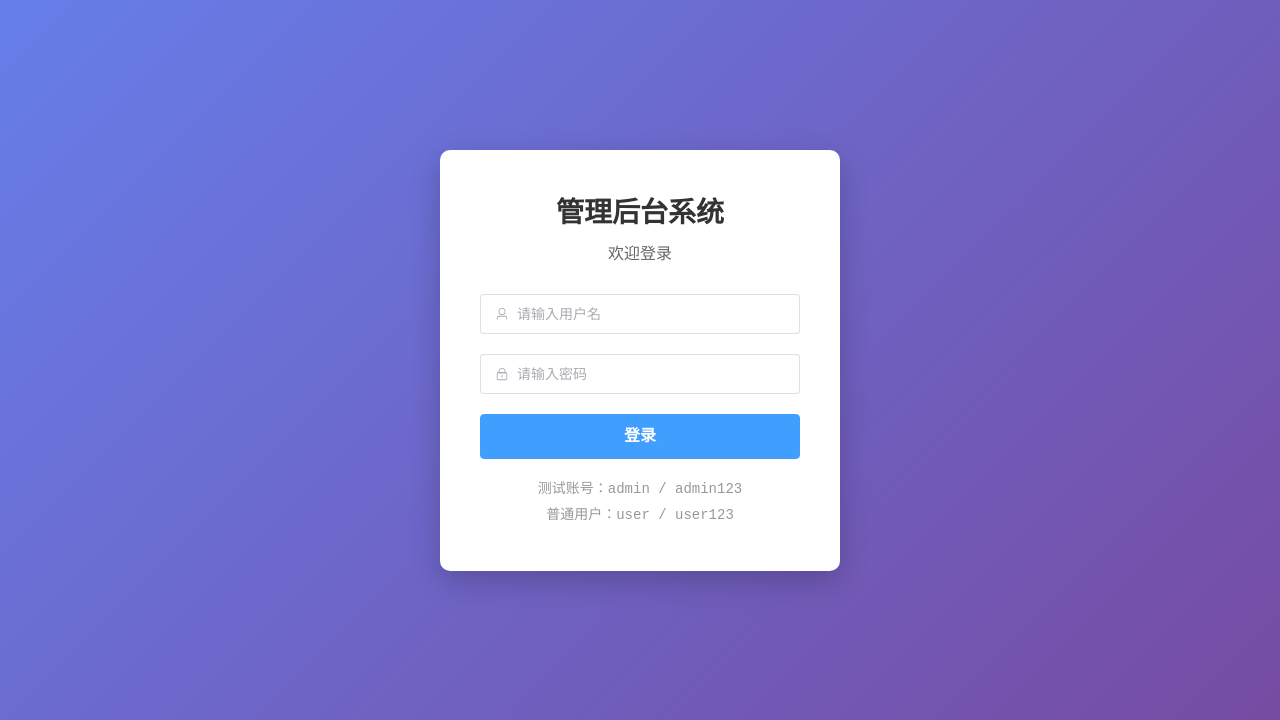
Repository: HaoFan-Fy/vue-PracticalTraining2025.6
Page: /
These files come from the project's save history. The page is drawn as it stood at one moment and after the next save; the edit follows.
The browser window is 1280 px wide. The pictures show the whole page.
The project was rebuilt for these pictures with package versions that can differ from the ones it lists, and the page was loaded fresh each time. Also part of the build but not shown: vite.config.js, src/components/Aside.vue, src/components/Header.vue, src/components/Layout.vue, src/components/MenuTree.vue, src/views/Home.vue, src/views/Register.vue. Imported but missing from the stored project, and not drawn on this page: src/views/Test.vue.

Above is the page before, as saved 2025-06-10 15:41:33.

After the next save:
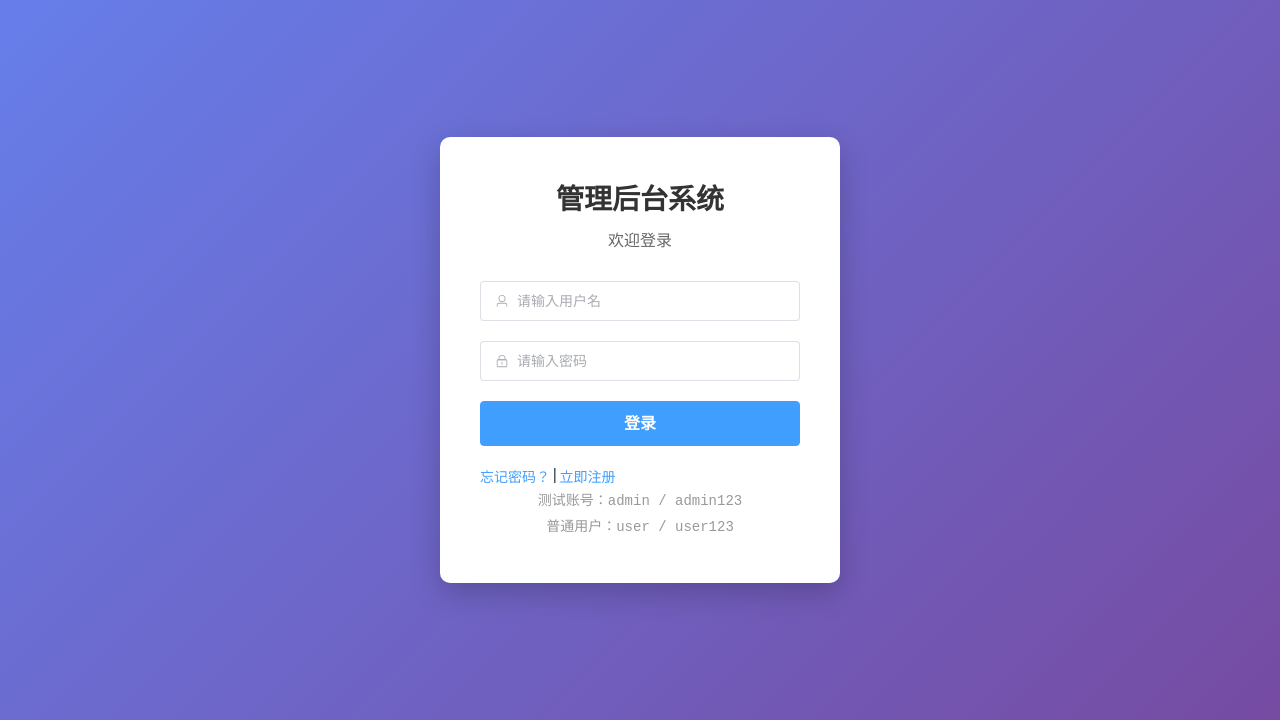
Saved 14 s later.
--- a/src/views/Login.vue
+++ b/src/views/Login.vue
@@ -45,6 +45,14 @@
           </el-button>
         </el-form-item>
       </el-form>
+
+      <div class="form-footer">
+        <div class="footer-links">
+          <el-link type="primary" @click="forgotPassword">忘记密码？</el-link>
+          <span class="separator">|</span>
+          <el-link type="primary" @click="goToRegister">立即注册</el-link>
+        </div>
+      </div>
 
       <div class="login-footer">
         <p>测试账号：admin / admin123</p>
